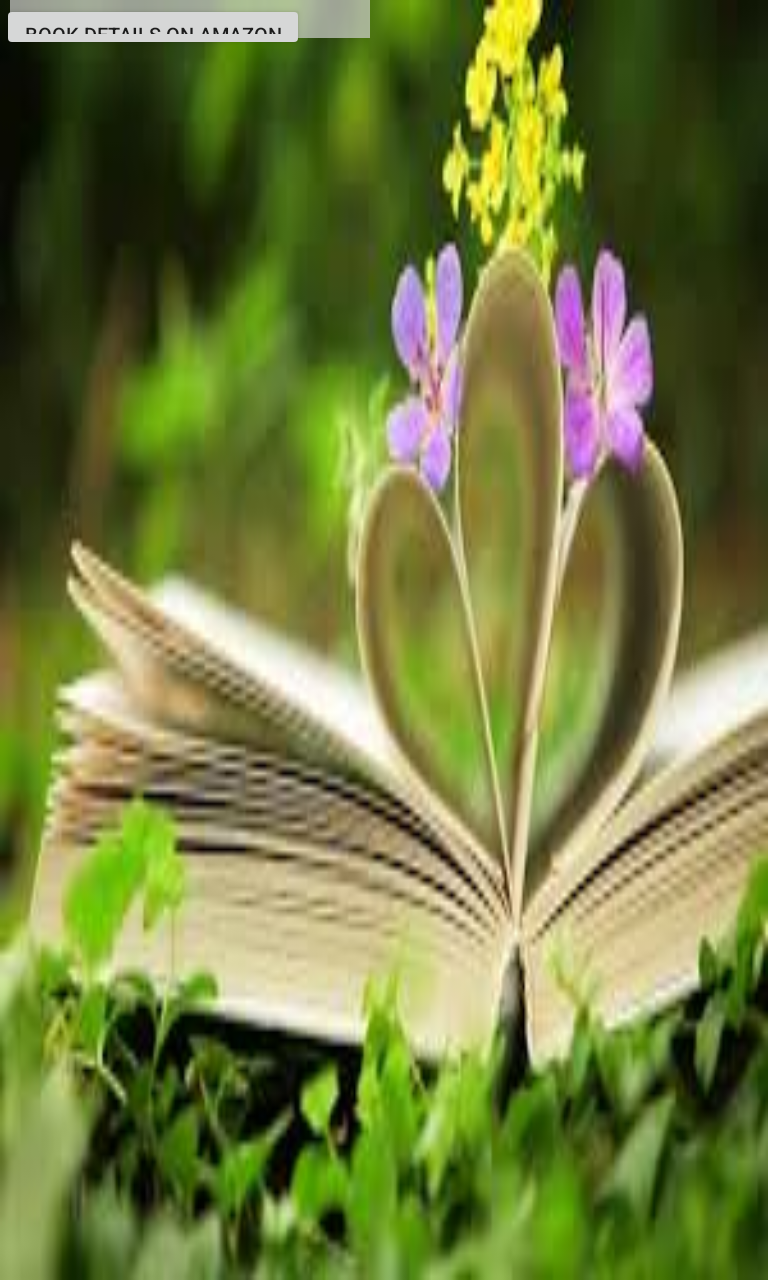
Repository: arianaantonio/MDF3_Antonio
Layout: Readable/res/layout/widget_layout.xml
The author's editor kept a copy of each file at every save. The layout is drawn from the files as they stood at one save, then again after the next save.
It is drawn on a 768 x 1280 px phone screen (xhdpi) without system bars, with theme AppTheme; the app's code is not run.

Above is the layout before, as saved 2014-08-21 03:29:44.

### Readable/res/layout/widget_layout.xml
<?xml version="1.0" encoding="utf-8"?>
<FrameLayout xmlns:android="http://schemas.android.com/apk/res/android"
    xmlns:tools="http://schemas.android.com/tools"
    android:layout_width="match_parent"
    android:layout_height="match_parent"
    android:padding="@dimen/widget_margin"
    android:orientation="vertical"
    android:background="@drawable/images" >

    <RelativeLayout
        android:layout_width="match_parent"
        android:layout_height="match_parent"

        android:orientation="vertical"
        tools:ignore="UselessParent"
         android:background="@drawable/images" >

        <TextView
            android:id="@+id/nextBookTitle"
            android:layout_width="180dp"
            android:layout_height="wrap_content"
            android:layout_marginLeft="5dp"
            android:background="@color/lightgrey"
            android:gravity="left"
            android:textColor="@color/black" />

        <TextView
            android:id="@+id/nextBook"
            android:layout_width="180dp"
            android:layout_height="wrap_content"
            android:gravity="left"
            android:background="@color/lightgrey"
            android:text=""
            android:textColor="@color/black"
            android:layout_marginLeft="5dp" >
        </TextView>

        <Button
            android:id="@+id/button1"
            android:layout_width="wrap_content"
            android:layout_height="27dp"
            android:text="@string/widget_button"
            android:textSize="10sp" />

    </RelativeLayout>

</FrameLayout>

### Readable/res/values/strings.xml
<?xml version="1.0" encoding="utf-8"?>
<resources>

    <string name="app_name">Readable</string>
    <string name="username">Enter Your Name:</string>
    <string name="nextBook">Next Book:</string>
    <color name="lavender">#50cba1e6</color>
    <string name="backgroundColor">Choose A Book Title Text Color:</string>
    <string name="button">Save Settings</string>
    <dimen name="widget_margin">8dp</dimen>
    <string name="widget_button">Book Details On Amazon</string>
    <string name="detailactivity">Book Details</string>
    <color name="black">#000000</color>
    <string name="name">Enter Name</string>
    <color name="lightgrey">#70D3D3D3</color>
    <color name="transparentBlack">#20000000</color>
    <color name="darkGray">#606060</color>

</resources>

Loaded but not shown: Readable/res/values/styles.xml (common file); Readable/res/values-v11/styles.xml (common file); Readable/res/values-v14/styles.xml (common file)

After the next save:
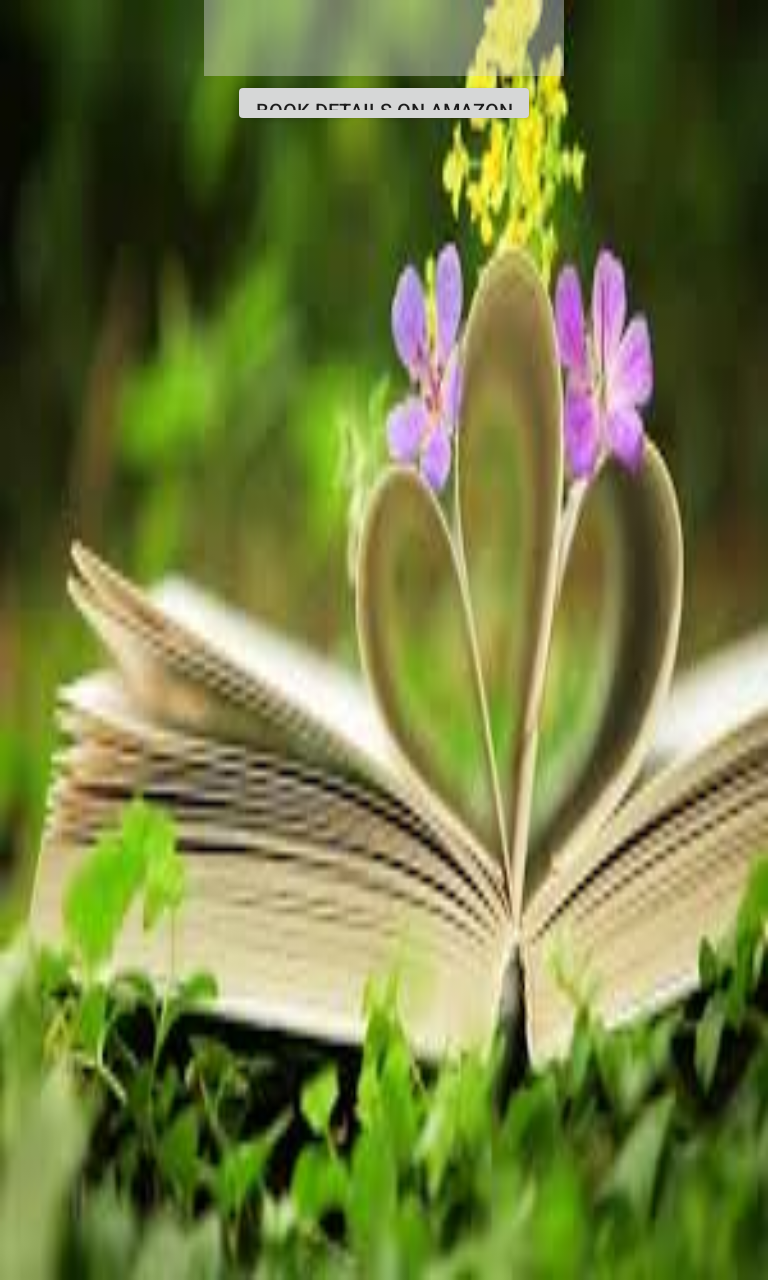
Saved 33 s later.
--- a/Readable/res/layout/widget_layout.xml
+++ b/Readable/res/layout/widget_layout.xml
@@ -19,7 +19,8 @@
             android:id="@+id/nextBookTitle"
             android:layout_width="180dp"
             android:layout_height="wrap_content"
-            android:layout_marginLeft="5dp"
+            android:layout_alignParentTop="true"
+            android:layout_centerHorizontal="true"
             android:background="@color/lightgrey"
             android:gravity="left"
             android:textColor="@color/black" />
@@ -28,17 +29,18 @@
             android:id="@+id/nextBook"
             android:layout_width="180dp"
             android:layout_height="wrap_content"
+            android:layout_alignLeft="@+id/nextBookTitle"
+            android:layout_below="@+id/nextBookTitle"
+            android:background="@color/lightgrey"
             android:gravity="left"
-            android:background="@color/lightgrey"
-            android:text=""
-            android:textColor="@color/black"
-            android:layout_marginLeft="5dp" >
-        </TextView>
+            android:textColor="@color/black" />
 
         <Button
             android:id="@+id/button1"
             android:layout_width="wrap_content"
             android:layout_height="27dp"
+            android:layout_below="@+id/nextBook"
+            android:layout_centerHorizontal="true"
             android:text="@string/widget_button"
             android:textSize="10sp" />
 
